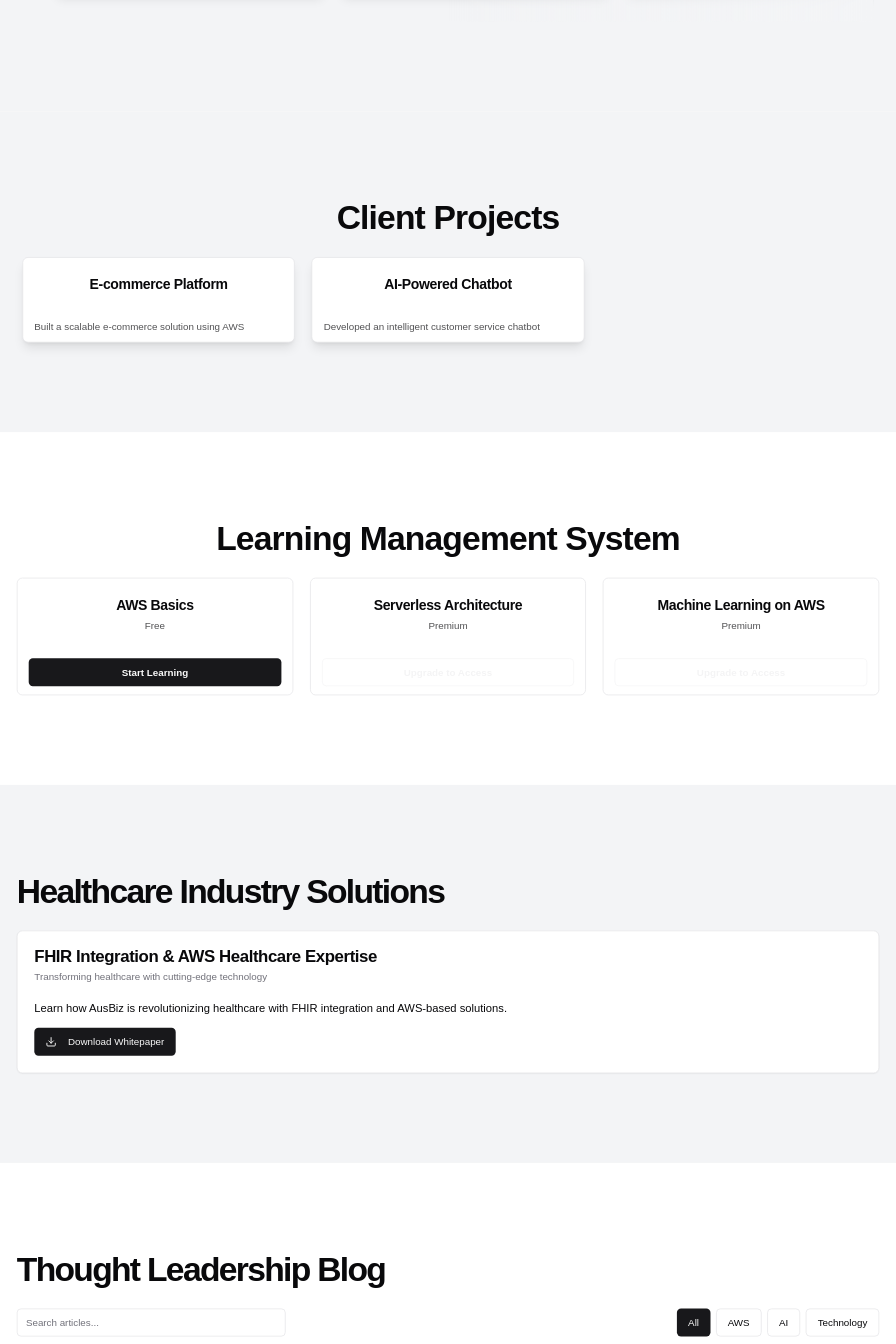
Repository: DiwanMalla/ausbizdemo1
Page: /
The author's editor kept a copy of each file at every save. The page is drawn from the files as they stood at one save, then again after the next save.
The browser window is 1280 px wide. The pictures show the part of the page from y = 1896 to 3816 px (the page is 5749 px tall), at 70% of full size.
The project was rebuilt for these pictures with package versions that can differ from the ones it lists, and the page was loaded fresh each time. The framework's server and built-in components were replaced by stand-ins that run in the browser. Also part of the build but not shown: next.config.ts.

Above is the page before, as saved 2024-11-09 18:45:44.

### components/ui/button.tsx
import * as React from "react"
import { Slot } from "@radix-ui/react-slot"
import { cva, type VariantProps } from "class-variance-authority"

import { cn } from "@/lib/utils"

const buttonVariants = cva(
  "inline-flex items-center justify-center gap-2 whitespace-nowrap rounded-md text-sm font-medium ring-offset-background transition-colors focus-visible:outline-none focus-visible:ring-2 focus-visible:ring-ring focus-visible:ring-offset-2 disabled:pointer-events-none disabled:opacity-50 [&_svg]:pointer-events-none [&_svg]:size-4 [&_svg]:shrink-0",
  {
    variants: {
      variant: {
        default: "bg-primary text-primary-foreground hover:bg-primary/90",
        destructive:
          "bg-destructive text-destructive-foreground hover:bg-destructive/90",
        outline:
          "border border-input bg-background hover:bg-accent hover:text-accent-foreground",
        secondary:
          "bg-secondary text-secondary-foreground hover:bg-secondary/80",
        ghost: "hover:bg-accent hover:text-accent-foreground",
        link: "text-primary underline-offset-4 hover:underline",
      },
      size: {
        default: "h-10 px-4 py-2",
        sm: "h-9 rounded-md px-3",
        lg: "h-11 rounded-md px-8",
        icon: "h-10 w-10",
      },
    },
    defaultVariants: {
      variant: "default",
      size: "default",
    },
  }
)

export interface ButtonProps
  extends React.ButtonHTMLAttributes<HTMLButtonElement>,
    VariantProps<typeof buttonVariants> {
  asChild?: boolean
}

const Button = React.forwardRef<HTMLButtonElement, ButtonProps>(
  ({ className, variant, size, asChild = false, ...props }, ref) => {
    const Comp = asChild ? Slot : "button"
    return (
      <Comp
        className={cn(buttonVariants({ variant, size, className }))}
        ref={ref}
        {...props}
      />
    )
  }
)
Button.displayName = "Button"

export { Button, buttonVariants }

### components/HeroSection.tsx
import { Button } from "@/components/ui/button";

export default function HeroSection() {
  return (
    <section className="w-full py-12 md:py-24 lg:py-32 xl:py-48">
      <div className="container px-4 md:px-6">
        <div className="flex flex-col items-center space-y-4 text-center">
          <div className="space-y-2">
            <h1 className="text-3xl font-bold tracking-tighter sm:text-4xl md:text-5xl lg:text-6xl/none">
              Generative AI and AWS Expertise
            </h1>
            <p className="mx-auto max-w-[700px] text-gray-500 md:text-xl dark:text-gray-400">
              Empowering businesses with cutting-edge technology solutions
            </p>
          </div>
          <div className="space-x-4">
            <Button>Contact Us</Button>
            <Button variant="outline">Learn More</Button>
          </div>
        </div>
      </div>
    </section>
  );
}

### components/LMS.tsx
import { Button } from "@/components/ui/button";
import {
  Card,
  CardContent,
  CardDescription,
  CardHeader,
  CardTitle,
} from "@/components/ui/card";

const modules = [
  { title: "AWS Basics", free: true },
  { title: "Serverless Architecture", free: false },
  { title: "Machine Learning on AWS", free: false },
  // Add more modules...
];

export default function LMSSection() {
  return (
    <section className="w-full py-12 md:py-24 lg:py-32">
      <div className="container px-4 md:px-6">
        <h2 className="text-3xl font-bold tracking-tight sm:text-4xl md:text-5xl mb-8 text-center text-foreground">
          Learning Management System
        </h2>
        <div className="grid gap-6 sm:grid-cols-2 lg:grid-cols-3">
          {modules.map((module, index) => (
            <Card
              key={index}
              className="cursor-pointer rounded-lg bg-card shadow-card hover:shadow-card-hover transition-all duration-300 transform hover:scale-105"
            >
              <CardHeader className="p-6 text-center">
                <CardTitle className="text-xl font-semibold text-foreground">
                  {module.title}
                </CardTitle>
                <CardDescription className="text-sm text-foreground/70">
                  {module.free ? "Free" : "Premium"}
                </CardDescription>
              </CardHeader>
              <CardContent className="px-4 py-3 flex justify-center">
                <Button
                  variant={module.free ? "default" : "outline"}
                  className={`${
                    module.free
                      ? "bg-primary text-primary-foreground hover:bg-primary/90"
                      : "border-accent text-accent hover:bg-accent/10"
                  } w-full py-2 px-4 text-sm font-semibold transition-all duration-200`}
                >
                  {module.free ? "Start Learning" : "Upgrade to Access"}
                </Button>
              </CardContent>
            </Card>
          ))}
        </div>
      </div>
    </section>
  );
}

### components/Healthcare.tsx
import {
  Card,
  CardContent,
  CardDescription,
  CardHeader,
  CardTitle,
} from "@/components/ui/card";
import { Button } from "@/components/ui/button";
import { DownloadIcon } from "lucide-react";

export default function IndustryCallouts() {
  return (
    <section className="w-full py-12 md:py-24 lg:py-32 bg-gray-100 dark:bg-gray-800">
      <div className="container px-4 md:px-6">
        <h2 className="text-3xl font-bold tracking-tighter sm:text-4xl md:text-5xl mb-8">
          Healthcare Industry Solutions
        </h2>
        <Card>
          <CardHeader>
            <CardTitle>FHIR Integration & AWS Healthcare Expertise</CardTitle>
            <CardDescription>
              Transforming healthcare with cutting-edge technology
            </CardDescription>
          </CardHeader>
          <CardContent>
            <p className="mb-4">
              Learn how AusBiz is revolutionizing healthcare with FHIR
              integration and AWS-based solutions.
            </p>
            <Button>
              <DownloadIcon className="mr-2 h-4 w-4" /> Download Whitepaper
            </Button>
          </CardContent>
        </Card>
      </div>
    </section>
  );
}

### components/Blog.tsx
import { useState } from "react";
import {
  Card,
  CardContent,
  CardDescription,
  CardHeader,
  CardTitle,
} from "@/components/ui/card";
import { Input } from "@/components/ui/input";
import { Button } from "@/components/ui/button";

const blogPosts = [
  { title: "The Future of AWS", category: "AWS" },
  { title: "AI Trends in 2024", category: "AI" },
  { title: "Serverless Architecture Best Practices", category: "Technology" },
  // Add more blog posts...
];

export default function BlogSection() {
  const [searchTerm, setSearchTerm] = useState("");
  const [selectedCategory, setSelectedCategory] = useState("All");

  const filteredPosts = blogPosts.filter(
    (post) =>
      post.title.toLowerCase().includes(searchTerm.toLowerCase()) &&
      (selectedCategory === "All" || post.category === selectedCategory)
  );

  return (
    <section className="w-full py-12 md:py-24 lg:py-32">
      <div className="container px-4 md:px-6">
        <h2 className="text-3xl font-bold tracking-tighter sm:text-4xl md:text-5xl mb-8">
          Thought Leadership Blog
        </h2>
        <div className="flex justify-between mb-6">
          <Input
            type="search"
            placeholder="Search articles..."
            className="max-w-sm"
            value={searchTerm}
            onChange={(e) => setSearchTerm(e.target.value)}
          />
          <div className="space-x-2">
            {["All", "AWS", "AI", "Technology"].map((category) => (
              <Button
                key={category}
                variant={selectedCategory === category ? "default" : "outline"}
                onClick={() => setSelectedCategory(category)}
              >
                {category}
              </Button>
            ))}
          </div>
        </div>
        <div className="grid gap-6 sm:grid-cols-2 lg:grid-cols-3">
          {filteredPosts.map((post, index) => (
            <Card key={index}>
              <CardHeader>
                <CardTitle>{post.title}</CardTitle>
                <CardDescription>{post.category}</CardDescription>
              </CardHeader>
              <CardContent>
                <Button variant="outline">Read More</Button>
              </CardContent>
            </Card>
          ))}
        </div>
        <div className="mt-8 text-center">
          <Button>Subscribe for Updates</Button>
        </div>
      </div>
    </section>
  );
}

### components/CorporateTraining.tsx
import {
  Card,
  CardContent,
  CardDescription,
  CardHeader,
  CardTitle,
} from "@/components/ui/card";
import { Input } from "@/components/ui/input";
import { Textarea } from "@/components/ui/textarea";
import { Button } from "@/components/ui/button";
import {
  Select,
  SelectContent,
  SelectItem,
  SelectTrigger,
  SelectValue,
} from "@/components/ui/select";

export default function CorporateTraining() {
  return (
    <section className="w-full py-12 md:py-24 lg:py-32 bg-gray-100 dark:bg-gray-800">
      <div className="container px-4 md:px-6">
        <h2 className="text-3xl font-bold tracking-tighter sm:text-4xl md:text-5xl mb-8">
          Corporate Training
        </h2>
        <Card>
          <CardHeader>
            <CardTitle>Request Customized Training</CardTitle>
            <CardDescription>
              Tailor our training programs to your company's needs
            </CardDescription>
          </CardHeader>
          <CardContent>
            <form className="space-y-4">
              <Input placeholder="Company Name" />
              <Input placeholder="Contact Person" />
              <Input type="email" placeholder="Email" />
              <Select>
                <SelectTrigger>
                  <SelectValue placeholder="Training Format" />
                </SelectTrigger>
                <SelectContent>
                  <SelectItem value="in-person">In-Person</SelectItem>
                  <SelectItem value="remote">Remote</SelectItem>
                </SelectContent>
              </Select>
              <Textarea placeholder="Specific Requirements" />
              <Button type="submit">Submit Request</Button>
            </form>
          </CardContent>
        </Card>
      </div>
    </section>
  );
}

### components/Event.tsx
import {
  Card,
  CardContent,
  CardDescription,
  CardHeader,
  CardTitle,
} from "@/components/ui/card";
import { Button } from "@/components/ui/button";
import { CalendarIcon } from "lucide-react";

const events = [
  { title: "Create an AWS Account", date: "2024-06-15", time: "14:00" },
  { title: "First Lambda Function", date: "2024-06-22", time: "15:30" },
  // Add more events...
];

export default function EventSection() {
  return (
    <section className="w-full py-12 md:py-24 lg:py-32">
      <div className="container px-4 md:px-6">
        <h2 className="text-3xl font-bold tracking-tighter sm:text-4xl md:text-5xl mb-8">
          Upcoming Free Sessions
        </h2>
        <div className="grid gap-6 sm:grid-cols-2 lg:grid-cols-3">
          {events.map((event, index) => (
            <Card key={index}>
              <CardHeader>
                <CardTitle>{event.title}</CardTitle>
                <CardDescription>
                  <CalendarIcon className="inline-block mr-2" />
                  {new Date(`${event.date}T${event.time}`).toLocaleString()}
                </CardDescription>
              </CardHeader>
              <CardContent>
                <Button>Register</Button>
              </CardContent>
            </Card>
          ))}
        </div>
      </div>
    </section>
  );
}

### components/Footer.tsx
import { Button } from "@/components/ui/button";
import {
  FacebookIcon,
  TwitterIcon,
  LinkedinIcon,
  MoonIcon,
  SunIcon,
} from "lucide-react";

export default function Footer({ isDarkMode, toggleDarkMode }) {
  return (
    <footer className="w-full py-6 bg-gray-100 dark:bg-gray-800">
      <div className="container px-4 md:px-6">
        <div className="grid gap-8 sm:grid-cols-2 md:grid-cols-4">
          <div>
            <h3 className="text-lg font-semibold mb-2">About AusBiz</h3>
            <p className="text-sm">
              Empowering businesses with cutting-edge technology solutions
            </p>
          </div>
          <div>
            <h3 className="text-lg font-semibold mb-2">Contact</h3>
            <p className="text-sm">info@ausbiz.com</p>
            <p className="text-sm">+1 (555) 123-4567</p>
          </div>
          <div>
            <h3 className="text-lg font-semibold mb-2">Legal</h3>
            <ul className="space-y-1">
              <li>
                <a href="#" className="text-sm hover:underline">
                  Privacy Policy
                </a>
              </li>
              <li>
                <a href="#" className="text-sm hover:underline">
                  Terms of Service
                </a>
              </li>
            </ul>
          </div>
          <div>
            <h3 className="text-lg font-semibold mb-2">Follow Us</h3>
            <div className="flex space-x-4">
              <a href="#" aria-label="Facebook">
                <FacebookIcon className="w-6 h-6" />
              </a>
              <a href="#" aria-label="Twitter">
                <TwitterIcon className="w-6 h-6" />
              </a>
              <a href="#" aria-label="LinkedIn">
                <LinkedinIcon className="w-6 h-6" />
              </a>
            </div>
          </div>
        </div>
        <div className="mt-8 flex justify-between items-center">
          <p className="text-sm">&copy; 2024 AusBiz. All rights reserved.</p>
          <Button variant="outline" size="icon" onClick={toggleDarkMode}>
            {isDarkMode ? (
              <SunIcon className="h-[1.2rem] w-[1.2rem]" />
            ) : (
              <MoonIcon className="h-[1.2rem] w-[1.2rem]" />
            )}
            <span className="sr-only">Toggle theme</span>
          </Button>
        </div>
      </div>
    </footer>
  );
}

### components/ui/card.tsx
import * as React from "react"

import { cn } from "@/lib/utils"

const Card = React.forwardRef<
  HTMLDivElement,
  React.HTMLAttributes<HTMLDivElement>
>(({ className, ...props }, ref) => (
  <div
    ref={ref}
    className={cn(
      "rounded-lg border bg-card text-card-foreground shadow-sm",
      className
    )}
    {...props}
  />
))
Card.displayName = "Card"

const CardHeader = React.forwardRef<
  HTMLDivElement,
  React.HTMLAttributes<HTMLDivElement>
>(({ className, ...props }, ref) => (
  <div
    ref={ref}
    className={cn("flex flex-col space-y-1.5 p-6", className)}
    {...props}
  />
))
CardHeader.displayName = "CardHeader"

const CardTitle = React.forwardRef<
  HTMLDivElement,
  React.HTMLAttributes<HTMLDivElement>
>(({ className, ...props }, ref) => (
  <div
    ref={ref}
    className={cn(
      "text-2xl font-semibold leading-none tracking-tight",
      className
    )}
    {...props}
  />
))
CardTitle.displayName = "CardTitle"

const CardDescription = React.forwardRef<
  HTMLDivElement,
  React.HTMLAttributes<HTMLDivElement>
>(({ className, ...props }, ref) => (
  <div
    ref={ref}
    className={cn("text-sm text-muted-foreground", className)}
    {...props}
  />
))
CardDescription.displayName = "CardDescription"

const CardContent = React.forwardRef<
  HTMLDivElement,
  React.HTMLAttributes<HTMLDivElement>
>(({ className, ...props }, ref) => (
  <div ref={ref} className={cn("p-6 pt-0", className)} {...props} />
))
CardContent.displayName = "CardContent"

const CardFooter = React.forwardRef<
  HTMLDivElement,
  React.HTMLAttributes<HTMLDivElement>
>(({ className, ...props }, ref) => (
  <div
    ref={ref}
    className={cn("flex items-center p-6 pt-0", className)}
    {...props}
  />
))
CardFooter.displayName = "CardFooter"

export { Card, CardHeader, CardFooter, CardTitle, CardDescription, CardContent }

### components/ui/input.tsx
import * as React from "react"

import { cn } from "@/lib/utils"

const Input = React.forwardRef<HTMLInputElement, React.ComponentProps<"input">>(
  ({ className, type, ...props }, ref) => {
    return (
      <input
        type={type}
        className={cn(
          "flex h-10 w-full rounded-md border border-input bg-background px-3 py-2 text-base ring-offset-background file:border-0 file:bg-transparent file:text-sm file:font-medium file:text-foreground placeholder:text-muted-foreground focus-visible:outline-none focus-visible:ring-2 focus-visible:ring-ring focus-visible:ring-offset-2 disabled:cursor-not-allowed disabled:opacity-50 md:text-sm",
          className
        )}
        ref={ref}
        {...props}
      />
    )
  }
)
Input.displayName = "Input"

export { Input }

Loaded but not shown: app/layout.tsx (common file); app/globals.css (common file); lib/utils.ts (common file); components/ui/textarea.tsx (common file); tailwind.config.ts (common file); components/ui/select.tsx (160 lines, source omitted); app/page.tsx (145 lines, source omitted); components/Bootcamp.tsx (108 lines, source omitted); components/ClientProject.tsx (75 lines, source omitted); components/Services.tsx (78 lines, source omitted)

After the next save:
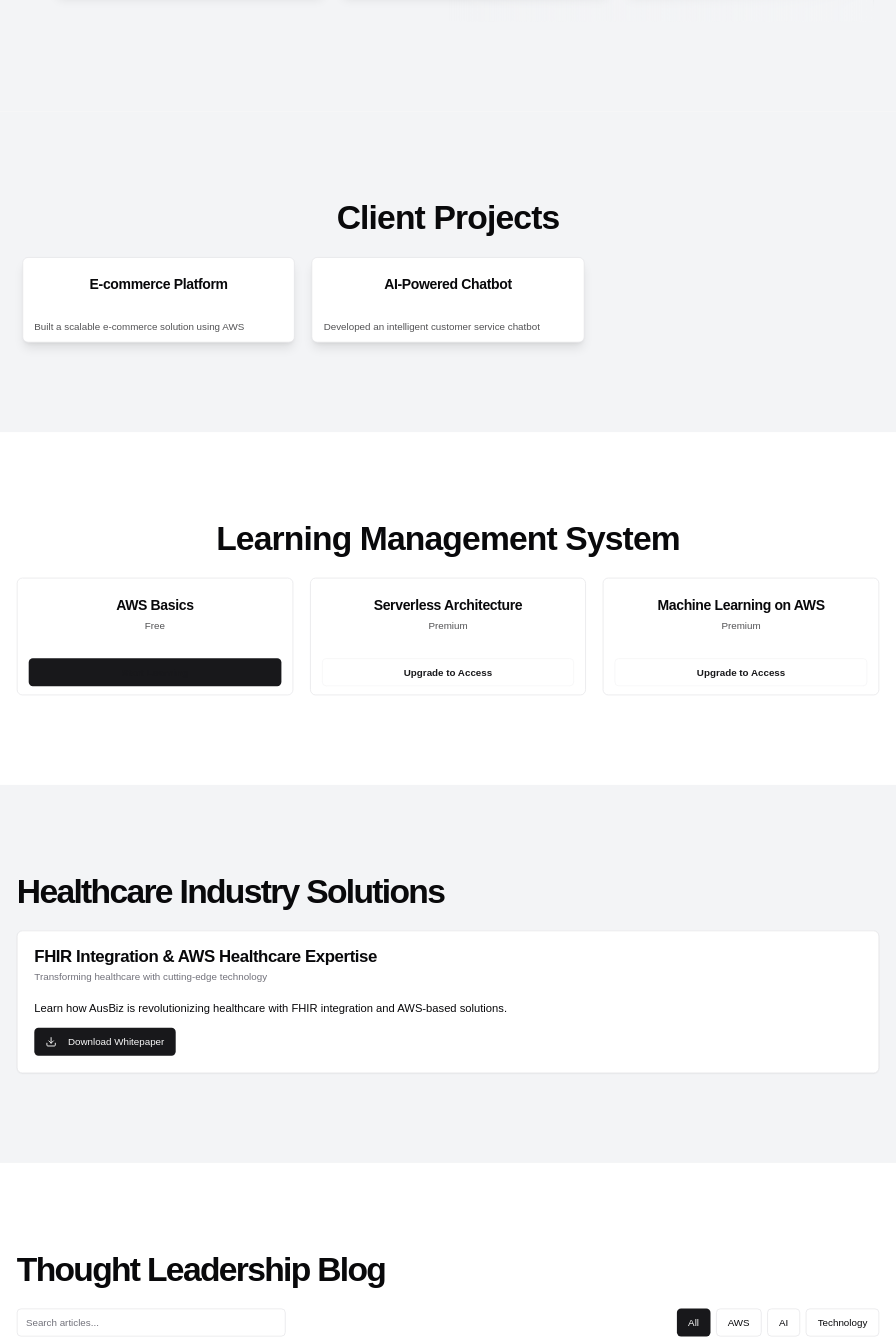
Saved 41 s later.
--- a/components/LMS.tsx
+++ b/components/LMS.tsx
@@ -42,7 +42,7 @@
                     module.free
                       ? "bg-primary text-primary-foreground hover:bg-primary/90"
                       : "border-accent text-accent hover:bg-accent/10"
-                  } w-full py-2 px-4 text-sm font-semibold transition-all duration-200`}
+                  } w-full py-2 px-4 text-sm font-semibold text-primary transition-all duration-200`}
                 >
                   {module.free ? "Start Learning" : "Upgrade to Access"}
                 </Button>

After the save that followed:
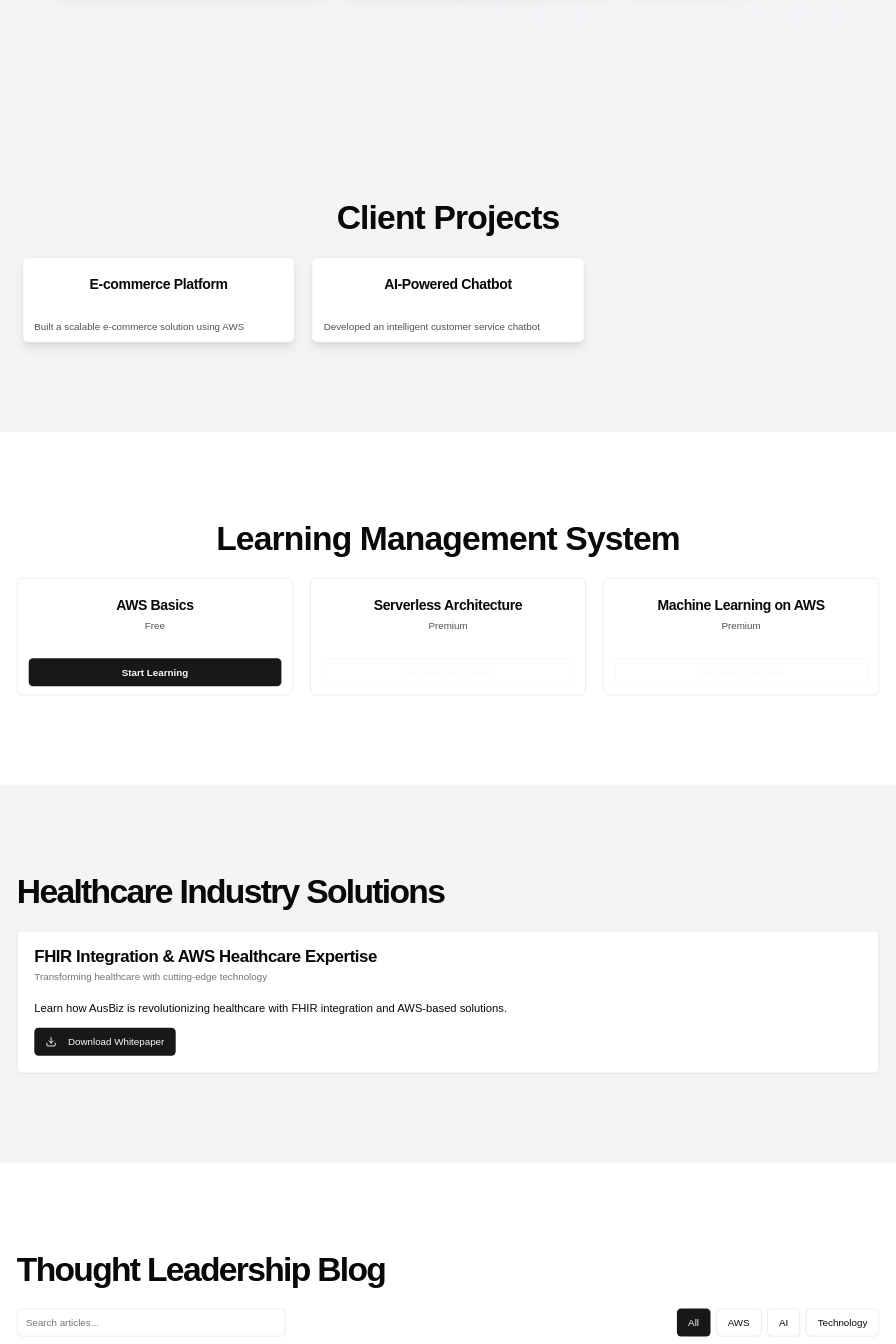
Saved 18 s later.
--- a/components/LMS.tsx
+++ b/components/LMS.tsx
@@ -42,7 +42,7 @@
                     module.free
                       ? "bg-primary text-primary-foreground hover:bg-primary/90"
                       : "border-accent text-accent hover:bg-accent/10"
-                  } w-full py-2 px-4 text-sm font-semibold text-primary transition-all duration-200`}
+                  } w-full py-2 px-4 text-sm font-semibold text-primary-foreground transition-all duration-200`}
                 >
                   {module.free ? "Start Learning" : "Upgrade to Access"}
                 </Button>
